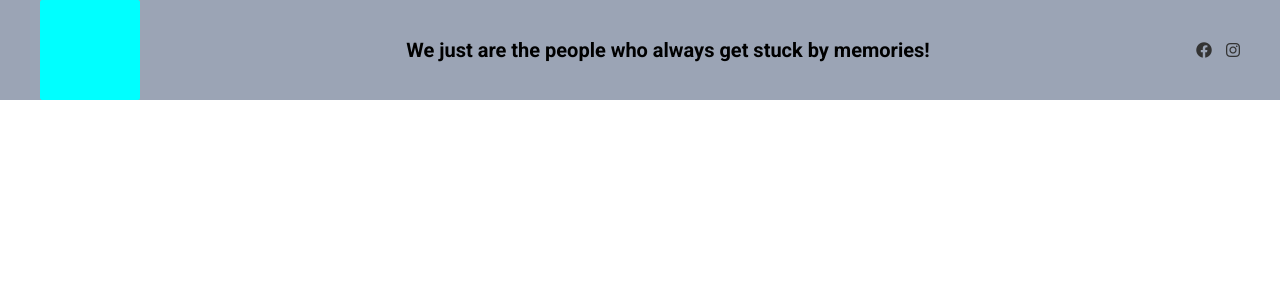
Repository: dptuyen1/SaiGon-Memories
Page: index.html
An editor plug-in stored every save of this project. The page is shown before and after the next save, followed by the edit.
The browser window is 1280 px wide. The pictures show the whole page.

Above is the page before, as saved 2023-05-19 09:41:01.

After the next save:
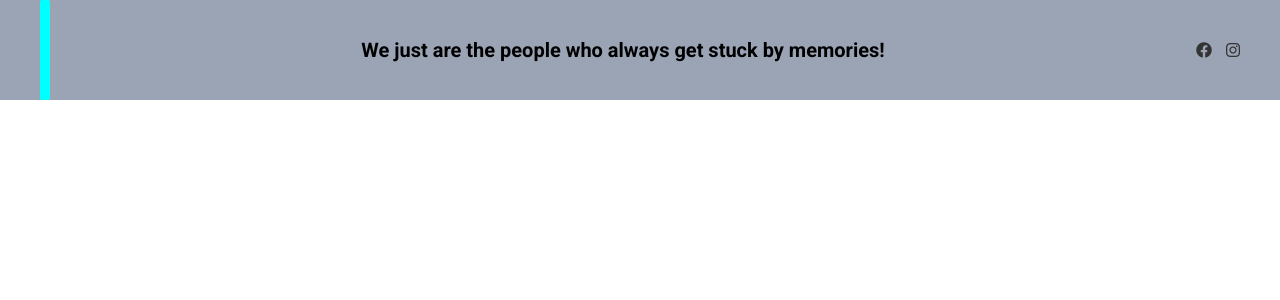
Saved 12 s later.
--- a/assets/css/main.css
+++ b/assets/css/main.css
@@ -24,7 +24,7 @@
 .header__logo-wrapper {
   overflow: hidden;
   border-radius: 2px;
-  width: 100px;
+  width: 10px;
   height: 100px;
   background-color: aqua;
 }

After the save that followed:
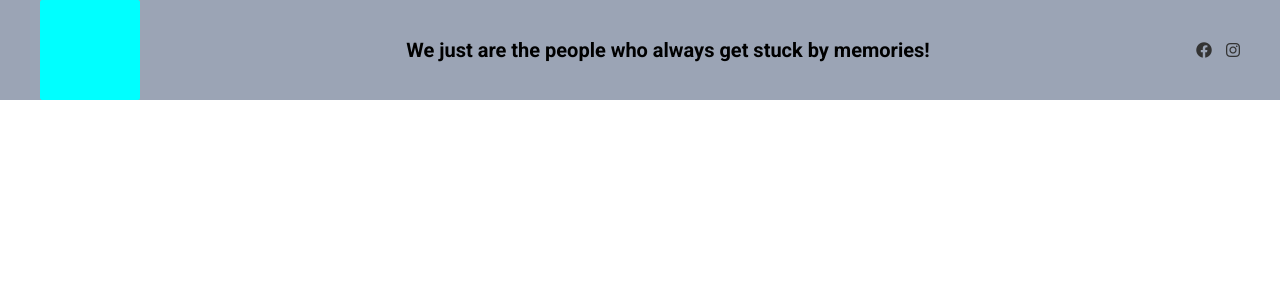
Saved 8 s later.
--- a/assets/css/main.css
+++ b/assets/css/main.css
@@ -24,7 +24,7 @@
 .header__logo-wrapper {
   overflow: hidden;
   border-radius: 2px;
-  width: 10px;
+  width: 100px;
   height: 100px;
   background-color: aqua;
 }
